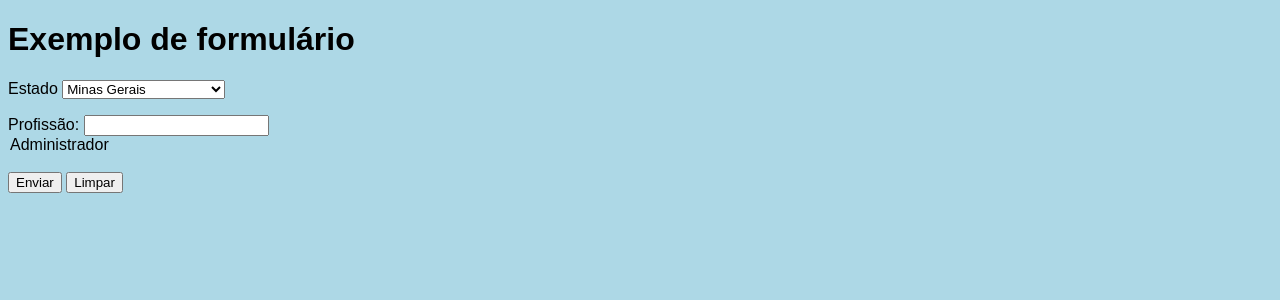
Repository: Codigo404q/html-css
Page: exercicios/ex025/form007.html
These files come from the project's save history. The page is drawn as it stood at one moment and after a run of saves; the edit follows.
The browser window is 1280 px wide. The pictures show the whole page.

Above is the page before, as saved 2024-01-30 22:36:57.

After the next 3 saves:
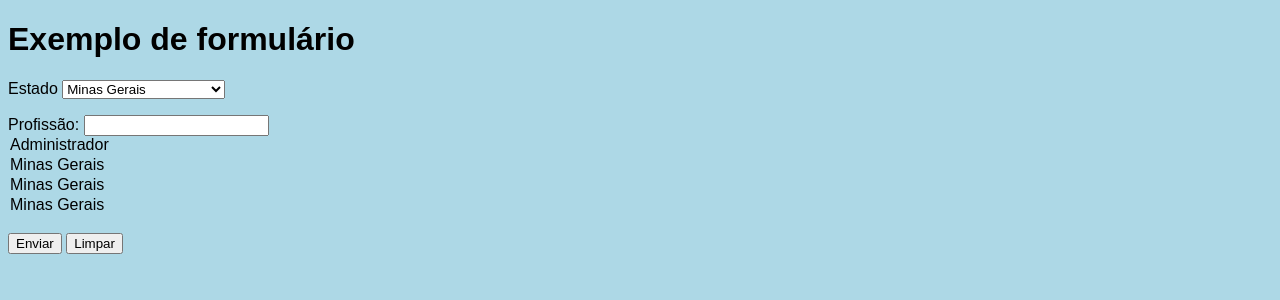
The 3 saves are shown as one change because they came seconds apart.
The last was saved 8 s later.
--- a/exercicios/ex025/form007.html
+++ b/exercicios/ex025/form007.html
@@ -36,6 +36,10 @@
             <label for="iprof">Profissão: </label>
             <input type="text" name="prof" id="iprof">
             <option value="ADM">Administrador</option>
+            <option value="MG">Minas Gerais</option>
+            <option value="MG">Minas Gerais</option>
+            <option value="MG">Minas Gerais</option>
+
         </p>
         <p>
             <input type="submit" value="Enviar">
